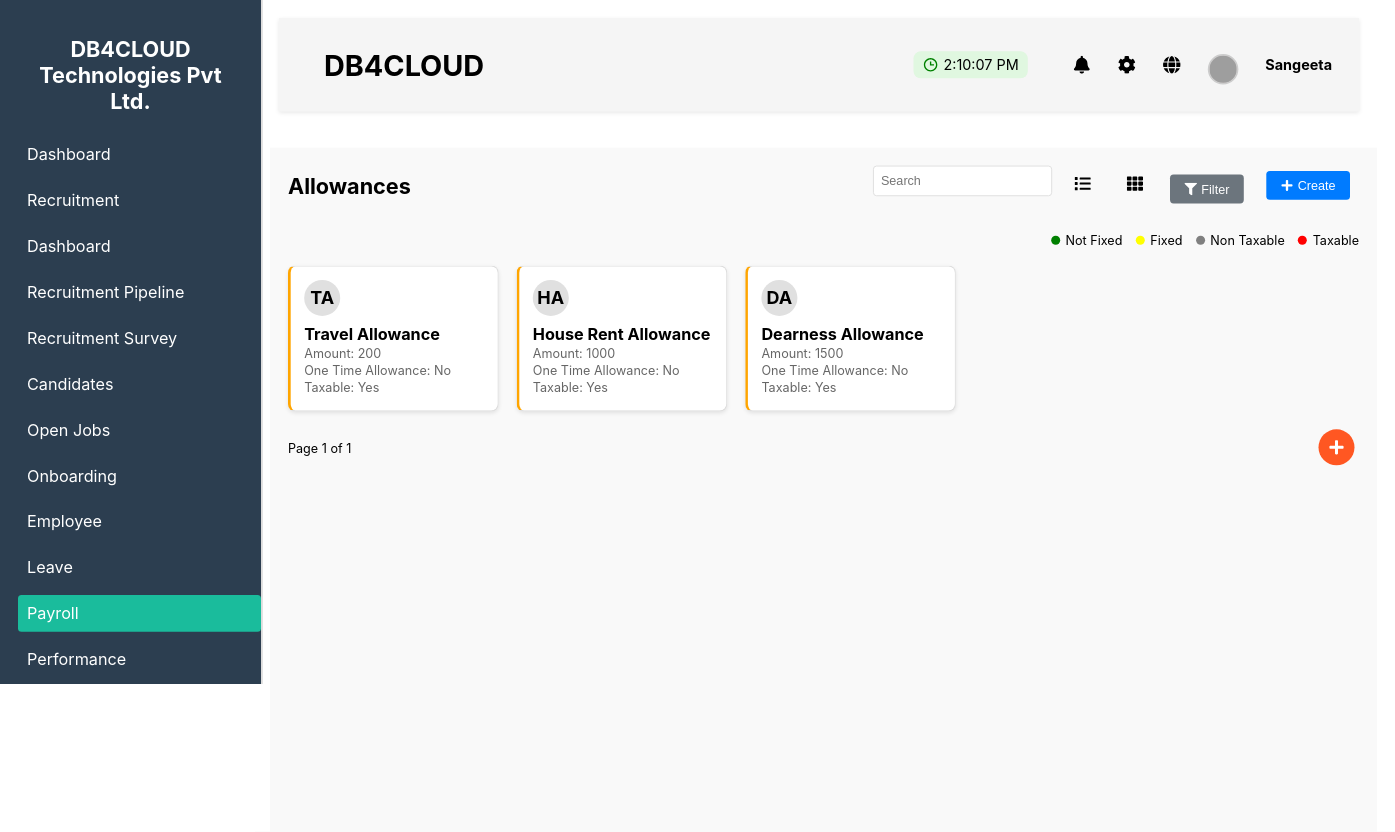
Repository: tinu-ns/Dev-code
Page: /payroll/allowances (app in HRMS-DEMO-Sang/hrms/)
An editor plug-in stored every save of this project. The page is shown before and after the next save, followed by the edit.
The browser window is 1280 px wide. The page is 1550 px wide, so the pictures cover 1550 px, including what lies to the right of the window. The pictures show the whole page, at 90% of full size.
Pictures or frames that could not be fetched are drawn as grey boxes. The project was rebuilt for these pictures with package versions that can differ from the ones it lists, and the page was loaded fresh each time. Also part of the build but not shown: HRMS-DEMO-Sang/hrms/src/components/Dashboard.js, HRMS-DEMO-Sang/hrms/src/components/Recruitment/RecruitmentDashboard.js, HRMS-DEMO-Sang/hrms/src/components/Recruitment/RecruitmentPipeline.js, HRMS-DEMO-Sang/hrms/src/components/Payroll/Contract.js, HRMS-DEMO-Sang/hrms/src/components/Payroll/Deductions.js, HRMS-DEMO-Sang/hrms/src/components/Payroll/Payslips.js, HRMS-DEMO-Sang/hrms/src/components/Payroll/PayrollDashboard.js, HRMS-DEMO-Sang/hrms/src/components/MainContent.css and 14 more.

Above is the page before, as saved 2024-11-14 15:17:36.

### HRMS-DEMO-Sang/hrms/src/App.css
.app{
  display: flex;
  height: 100vh;
  background-color: #f4f4f4;
  width: 100vw;
  padding-left: 250px;
}

.content-container{
  flex-grow: 1;
  padding: 20px;
  background-color: #fff;        /**/
  display: flex;
  flex-direction: column;
  width: calc(100% - 250px); /* Adjust width to account for sidebar */
}

.main-section{
  display: flex;
  justify-content: space-between;
  padding: 20px;
  width: 100%;
  height: 100%;
  flex-grow: 1;

}


.sidebar {
  width: 250px;
  background-color: #2c3e50;
  position: fixed;
  height: 100vh;
  flex-shrink: 0;
  position: fixed;
  left: 0;
  top: 0;
}

### HRMS-DEMO-Sang/hrms/src/components/Sidebar.css
 .container{
    display: flex;
    height: 100vh;
    margin-right: 10px;
}

/*
.content{
    flex-grow: 1;
    padding: 20px;
    padding-left: 50px;

}  */

.sidebar {
    width: 200px;
    height: 100vh;
    background-color: #503f2c;
    padding: 20px;
    color: white;
    height: 100vh;
    position: fixed;
    top: 0;
    left: 0;
    border-right: 2px solid #ddd;
    overflow-y: auto;        /* Allows vertical scrolling */
    margin-right: 200px;
    z-index: 1000;

  }



  .sidebar h2{
    text-align: center;
    margin-bottom: 30px;
    font-size: 24px;
  }

  .sidebar-list{
    list-style-type: none;
    padding: 0;
  }


  .sidebar-list li{
    margin-bottom: 15px;
  }

  .sidebar-list li a {
    color: white;
    text-decoration: none;
    font-size: 18px;
    padding: 10px;
    border-radius: 4px;
    display: block;
  }

  .sidebar-list li a:hover{
    color: #1abc9c;
  }

  .sidebar-list li a.active{
    background-color: #1abc9c;
    color: white;
  }

  .sidebar {
    width: 250px;
    background-color: #2E3A46;
    color: #FFF;
    padding: 20px;
    height: 100vh;
  }

  .sidebar h2 {
    font-size: 1.5em;
    margin-bottom: 1em;
  }

  .sidebar ul {
    list-style: none;
    padding: 0;
  }

  .sidebar li {
    margin: 10px 0;
  }

  .sidebar li ul {
    margin-top: 5px;
  }

  .sidebar a {
    color: #FFF;
    text-decoration: none;
  }

  .sidebar a:hover {
    text-decoration: underline;
  }

  .sidebar a.active {
    color: #20c997;
  }

  .sidebar ul li a:hover, .menu-toggle:hover {
    background-color: #34495e;
  }

  .menu-toggle {
    background: none;
    border: none;
    color: #ecf0f1;
    font-size: 1rem;
    text-align: left;
    cursor: pointer;
    width: 100%;
    padding: 10px;
  }

  .submenu {
    list-style-type: none;
    padding-left: 20px;
  }

  .submenu li a {
    padding-left: 20px;
    font-size: 0.9rem;
  }

### HRMS-DEMO-Sang/hrms/src/components/Recruitment/RecruitmentPipeline.css
.pipeline-container {
    padding: 20px;
    background-color: #f5f5f5;
    border-radius: 8px;
  }

  .pipeline-section {
    margin-top: 20px;
  }

  .pipeline-section h3 {
    background-color: #f8f9fa;
    padding: 10px;
    border-left: 5px solid #ffa500;
  }

  .recruitment-table {
    width: 100%;
    border-collapse: collapse;
  }

  .recruitment-table th,
  .recruitment-table td {
    padding: 10px;
    border-bottom: 1px solid #ddd;
    text-align: left;
  }

  .recruitment-table th {
    background-color: #f1f1f1;
  }

  button {
    padding: 5px 10px;
    margin: 0 5px;
    border: none;
    border-radius: 4px;
    cursor: pointer;
  }

  button:hover {
    background-color: #ddd;
  }

### HRMS-DEMO-Sang/hrms/src/components/Payroll/Payslips.css
.payslip-dashboard {
    padding: 20px;
}

.header {
    display: flex;
    justify-content: space-between;
    align-items: center;
    margin-bottom: 10px;
}

.actions {
    display: flex;
    gap: 10px;
}

.search-bar {
    padding: 5px 10px;
    border: 1px solid #ccc;
    border-radius: 5px;
}

.filter-btn, .group-by-btn, .actions-btn, .create-btn {
    padding: 5px 10px;
    border: none;
    border-radius: 5px;
    background-color: #f5f5f5;
    cursor: pointer;
}

.create-btn {
    background-color: #f44336;
    color: white;
    display: flex;
    align-items: center;
    gap: 5px;
}

.payslip-table {
    width: 100%;
    border-collapse: collapse;
    margin-top: 10px;
}

.payslip-table th, .payslip-table td {
    padding: 10px;
    border: 1px solid #ddd;
    text-align: left;
}

.payslip-table th {
    background-color: #f5f5f5;
}

.payslip-table td {
    background-color: #fff;
}

.action-btn {
    background: none;
    border: none;
    cursor: pointer;
    color: #555;
}

.pagination {
    margin-top: 10px;
    text-align: center;
}


.filter-modal {
    position: fixed;
    top: 10%;
    right: 10%;
    width: 40%;
    max-width: 700px;
    height: 100%;
    max-height: 80vh;
    background-color: #fff;
    box-shadow: -2px 0 5px rgba(0, 0, 0, 0.2);
    z-index: 1000;
    padding: 20px;
    overflow-y: auto;
}

.filter-modal-content {
    display: flex;
    flex-direction: column;
    gap: 10px;
}

.filter-section, .filter-section-advanced {
    margin-bottom: 20px;
}

.filter-section h3, .filter-section-advanced h4 {
    margin-top: 0;
    margin-bottom: 10px;
}

label {
    display: block;
    font-size: 0.9em;
    margin-bottom: 5px;
    font-weight: 600;
}

input[type="text"], input[type="number"], select, .react-datepicker-wrapper {
    width: 100%;
    padding: 5px;
    margin-bottom: 10px;
    border: 1px solid #ccc;
    border-radius: 5px;
}

.apply-btn {
    background-color: #f44336;
    color: #fff;
    border: none;
    padding: 10px;
    text-align: center;
    cursor: pointer;
    border-radius: 5px;
    margin-top: 10px;
}


.selected-actions-row {
    display: flex;
    gap: 10px;
    padding: 10px;
    background-color: #f9f9f9;
    border: 1px solid #ddd;
    margin-bottom: 10px;
    align-items: center;
}

.unselect-all,
.export-btn,
.delete-btn {
    display: inline-flex;
    align-items: center;
    gap: 5px;
    padding: 5px 10px;
    background-color: #007bff;
    color: white;
    border: none;
    border-radius: 3px;
    font-size: 0.9em;
    cursor: pointer;
}

.unselect-all { background-color: #6c757d; } /* Gray */
.export-btn { background-color: #28a745; } /* Green */
.delete-btn { background-color: #dc3545; } /* Red */

.unselect-all:hover,
.export-btn:hover,
.delete-btn:hover {
    opacity: 0.8;
}


.create-popup {
    position: fixed;
    top: 50%;
    left: 50%;
    transform: translate(-50%, -50%);
    background-color: #fff;
    padding: 20px;
    box-shadow: 0 4px 8px rgba(0, 0, 0, 0.2);
    z-index: 1000;
    width: 300px;
}

.create-popup-content h3 {
    margin-bottom: 15px;
    margin-top: 10px;

}

.create-popup .form-row {
    margin-bottom: 10px;
}

.create-popup .form-row label {
    display: block;
    font-weight: bold;
    margin-bottom: 5px;
    margin-top: 10px;
}

.create-popup .form-row input,
.create-popup .form-row .react-datepicker-wrapper {
    width: 100%;
}

.create-popup .save-btn,
.create-popup .cancel-btn {
    margin-top: 15px;
    padding: 8px 12px;
    cursor: pointer;
    width: 100%;
}

### HRMS-DEMO-Sang/hrms/src/components/Header.css
.bg-container{
  padding-left: 30px;

}

.header {
    background-color: #f5f5f5;
    padding: 10px 20px;
    display: flex;
    justify-content: space-between;
    align-items: center;
    box-shadow: 0px 2px 5px rgba(0, 0, 0, 0.1);
  }

  .header-left {
    display: flex;
    align-items: center;
  }

  .menu-button {
    font-size: 24px;
    background: none;
    border: none;
    cursor: pointer;
  }

  .h1{
    margin-left: 15px;
    font-size: 24px;
    color: red! important ;
  }

  .header-right{
    display: flex;
    align-items: center;
  }

  .icon{
    margin-left: 20px;
    font-size: 20px;
    cursor: pointer;
  }

  .time-box {
    display: flex;
    align-items: center;
    background-color: #e0f7e0;
    padding: 5px 10px;
    border-radius: 8px;
    margin-right: 20px;
  }

  .time-icon {
    margin-right: 5px;
    font-size: 18px;
    color: green;
  }

  .user-profile{
    display: flex;
    align-items: center;
    cursor: pointer;
    position: relative;
  }

  .user-avatar{
    padding: 20px;
  }

  .avatar{
    width: 40px;
    height: 40px;
    background-color: #d4d4d4;
    border-radius: 50%;
    display: flex;
    justify-content: center;
    align-items: center;
    font-size: 18px;
    color: white;
    margin-right: 10px;

  }

  .user-name{
    font-weight: bold;
  }

  .dropdown{
    position: absolute;
    top: 50px;
    right: 0;
    background-color: #fff;
    box-shadow: 0px 2px 8px rgba(0, 0, 0, 0.1);
    border-radius: 5px;
    z-index: 100;
  }

  .dropdown ul {
    list-style-type: none;
    padding: 10px;
    margin: 0;
  }

  .dropdown ul li {
    padding: 10px 15px;
    cursor: pointer;
  }

  .dropdown ul li:hover {
    background-color: #f5f5f5;
  }

  .user-info {
    display: flex;
    align-items: center;
  }

  .user-name {
    margin-right: 10px;
  }

### HRMS-DEMO-Sang/hrms/src/components/Payroll/FederalTax.css
.filing-status {
    padding: 20px;
    background-color: #f9f9f9;
    width: 70vw;
    position: relative;  /**/
}

.header {
    display: flex;
    align-items: center;
    justify-content: space-between;
}

.header h2 {
    font-size: 1.5em;
    color: #333;
}

.actions {
    display: flex;
    align-items: center;
    gap: 10px;
}

.search-input {
    padding: 8px;
    border: 1px solid #ccc;
    border-radius: 4px;
}

.create-button {
    display: flex;
    align-items: center;
    padding: 8px 12px;
    color: #fff;
    background-color: #ff5722;
    border: none;
    border-radius: 4px;
    cursor: pointer;
    font-size: 14px;
}

.create-button svg {
    margin-right: 5px;
}

.toggle-button {
    background: none;
    border: none;
    cursor: pointer;
    font-size: 18px;
    text-align: center;
}

.filing-table {
    width: 100%;
    border-collapse: collapse;
    margin-top: 20px;
}

.filing-table th,
.filing-table td {
    padding: 12px;
    text-align: left;
    border-bottom: 1px solid #ddd;
}

.action-buttons {
    display: flex;
    gap: 10px;
}

.edit-button,
.delete-button {
    background: none;
    border: none;
    cursor: pointer;
    font-size: 16px;
    color: #333;
}

.edit-button:hover {
    color: #4caf50;
}

.delete-button:hover {
    color: #f44336;
}

@media (max-width: 768px) {
    .header {
        flex-direction: column;
        align-items: flex-start;
        gap: 10px;
    }

    .search-input,
    .create-button {
        width: 100%;
    }
}

.modal-overlay {
    position: fixed;
    top: 0;
    left: 0;
    width: 100%;
    height: 100%;
    background: rgba(0, 0, 0, 0.5);
    display: flex;
    justify-content: center;
    align-items: center;
    z-index: 1000; /* Ensures modal is above other elements */

}

.modal-content {
    background-color: #fff;
    padding: 20px;
    width: 400px;
    max-width: 90%; /* Responsive */
    border-radius: 8px;
    box-shadow: 0 4px 8px rgba(0, 0, 0, 0.1);
    z-index: 1001; /* Higher than overlay to ensure content visibility */
    position: relative;
}

.modal-content h3 {
    margin-bottom: 15px;
}

.modal-content label {
    display: block;
    margin-bottom: 10px;
}

.modal-content input[type="text"] {
    width: 100%;
    padding: 8px;
    margin-top: 5px;
    border: 1px solid #ccc;
    border-radius: 4px;
}

.save-button {
    background-color: #388a06;
    color: white;
    padding: 8px 16px;
    border: none;
    border-radius: 4px;
    cursor: pointer;
    margin-top: 10px;
}

.close-button {
    background-color: #918b8b;
    color: white;
    padding: 8px 16px;
    border: none;
    border-radius: 4px;
    cursor: pointer;
    margin-top: 10px;
    margin-left: 10px;
}

### HRMS-DEMO-Sang/hrms/src/components/Performance/Feedback.css
.feedback {
    width: 100%;
    max-width: 1200px;
    font-family: Arial, sans-serif;
    margin: auto;
  }

  .feedback-header {
    display: flex;
    justify-content: space-between;
    align-items: center;
    margin-bottom: 10px;
  }

  .feedback-header h2 {
    font-size: 24px;
    font-weight: 600;
  }

  .toolbar {
    display: flex;
    gap: 10px;
  }

  .toolbar input[type="text"] {
    padding: 8px;
    width: 200px;
    border: 1px solid #ccc;
    border-radius: 4px;
  }

  .toolbar button {
    padding: 8px 12px;
    border: none;
    background-color: #007bff;
    color: white;
    border-radius: 4px;
    cursor: pointer;
  }

  .create-btn {
    background-color: #28a745;
  }

  .tabs {
    display: flex;
    gap: 20px;
    margin-bottom: 15px;
  }

  .tabs button {
    padding: 10px 20px;
    border: none;
    background: none;
    font-size: 16px;
    cursor: pointer;
  }

  .tabs button.active {
    font-weight: bold;
    color: #007bff;
    border-bottom: 2px solid #007bff;
  }

  table {
    width: 100%;
    border-collapse: collapse;
    margin-top: 10px;
  }

  th, td {
    padding: 12px;
    border-bottom: 1px solid #ddd;
    text-align: left;
  }

  th {
    background-color: #f8f9fa;
  }

  td button {
    margin-right: 5px;
    border: none;
    background: none;
    cursor: pointer;
  }

  .pagination {
    text-align: right;
    font-size: 14px;
    color: #777;
    margin-top: 10px;
  }

  @media (max-width: 768px) {
    .feedback-header, .tabs {
      flex-direction: column;
      align-items: flex-start;
    }
    .toolbar {
      flex-direction: column;
      width: 100%;
      gap: 5px;
    }
  }


  /* Style for filter the popup overlay */
.filter-popup {
    position: fixed;
    top: 50%;
    left: 50%;
    transform: translate(-50%, -50%);
    width: 400px;
    background-color: #ffffff;
    padding: 20px;
    border-radius: 8px;
    box-shadow: 0 4px 8px rgba(0, 0, 0, 0.2);
    z-index: 1000;
  }


  /* Heading style */
  .filter-popup h3 {
    font-size: 1.2rem;
    margin-bottom: 20px;
    color: #333;
  }

  /* Form field style */
  .filter-popup label {
    font-size: 0.9rem;
    color: #555;
    margin-bottom: 4px;
  }

  .filter-popup input[type="text"],
  .filter-popup input[type="date"] {
    width: 100%;
    padding: 8px;
    margin-bottom: 15px;
    border: 1px solid #ddd;
    border-radius: 4px;
    font-size: 0.9rem;
    color: #333;
  }

  /* Checkbox style */
  .filter-popup input[type="checkbox"] {
    margin-right: 8px;
  }

  .filter-popup .row {
    display: flex;
    justify-content: space-between;
    margin-bottom: 15px;
  }

  .filter-popup .row label {
    flex: 1;
    margin-right: 10px;
  }

  .filter-popup .row input[type="text"],
  .filter-popup .row input[type="date"] {
    flex: 1;
  }

  .group {
    display: flex;
    justify-content: space-between;
    gap: 15px;
    margin-bottom: 15px;
    width: 100%;
  }

  .group label{
    flex: 1;
    margin-right: 10px;
  }

  .group label input[type="text"],
.group label input[type="date"] {
  width: 100%; /* Ensures inputs take full label width */
  padding: 8px 8px 8px 15px;
  border: 1px solid #ddd;
  border-radius: 4px;
  font-size: 0.9rem;
}

  /* Save button */
  .filter-popup button {
    display: block;
    width: 100%;
    padding: 10px;
    background-color: #007bff;
    color: #ffffff;
    border: none;
    border-radius: 4px;
    font-size: 1rem;
    cursor: pointer;
  }

  .filter-popup button:hover {
    background-color: #0056b3;
  }

  /* Overlay background */
  .filter-popup-overlay {
    position: fixed;
    top: 0;
    left: 0;
    width: 100vw;
    height: 100vh;
    background-color: rgba(0, 0, 0, 0.5);
    z-index: 999;
  }

### HRMS-DEMO-Sang/hrms/src/components/Performance/CreateFeedback.css
.feedback-header {
    display: flex;
    justify-content: space-between;
    align-items: center;

  }

  .create-btn {
    background-color: #28a745;
    color: white;
    padding: 8px 12px;
    border: none;
    border-radius: 4px;

  }

  table {
    width: 100%;
    border-collapse: collapse;
  }

  th, td {
    padding: 12px;
    border: 1px solid #ddd;
  }

  .create-filter-popup {
    width: 500px;
    padding: 20px;
    border-radius: 8px;
    box-shadow: 0 4px 8px rgba(0, 0, 0, 0.2);
    border: 1px solid red;
    position: relative;
    top: 10%;
    left: 10%;
  }

  .group {
    display: flex;
    gap: 10px;
  }

  .save-btn {
    background-color: #007bff;
    color: white;
    padding: 10px;
    border: none;
    border-radius: 4px;
    width: 100%;
  }

### HRMS-DEMO-Sang/hrms/src/components/Offboarding/HomePage.css
.home-page {
  padding: 20px;
}

.top-bar {
  display: flex;
  gap: 10px;
  margin-bottom: 20px;
}

.search-input {
  padding: 8px;
  width: 200px;
}

.filter-btn {
  padding: 8px 16px;
  font-size: 16px;
  border: none;
  background-color: hwb(96 7% 50% / 0.879);
  color: #fff;
  border-radius: 4px;
  cursor: pointer;
  margin-right: 10px;
}

.create-btn {
  padding: 8px 16px;
  font-size: 16px;
  border: none;
  background-color: hwb(96 7% 50% / 0.879);
  color: #fff;
  border-radius: 4px;
  cursor: pointer;
  margin-right: 10px;
}

.filter-btn:hover, .create-btn:hover {
  background-color: rgb(61, 96, 37);
}

.create-popup, .filter-popup {
  position: fixed;
  top: 20%;
  left: 50%;
  transform: translate(-50%, -20%);
  background-color: #fff;
  padding: 20px;
  border: 1px solid #ddd;
  box-shadow: 0px 0px 10px rgba(0, 0, 0, 0.1);
}

.form-row {
  margin-bottom: 15px;
}

.required {
  color: red;
}

.offboarding-list {
  margin-top: 20px;
}

.stage-item {
  border: 1px solid #ddd;
  margin-bottom: 10px;
}

.stage-header {
  display: flex;
  justify-content: space-between;
  padding: 10px;
  cursor: pointer;
  background-color: #f9f9f9;
}

.stage-content {
  padding: 10px;
}

table {
  width: 100%;
  border-collapse: collapse;
}

table th, table td {
  padding: 10px;
  border: 1px solid #ddd;
  text-align: left;
}

table th {
  background-color: #f0f0f0;
}

.highlight {
  background-color: yellow;
  font-weight: bold;
}

.filter-popup .apply-btn {
  background-color: #007bff;
  color: #fff;
}

.filter-popup .apply-btn:hover {
  background-color: #0056b3;
}

.filter-popup .cancel-btn {
  background-color: #6c757d;
  color: #fff;
}

.filter-popup .cancel-btn:hover {
  background-color: #5a6268;
}

.create-popup-button{
  padding: 8px 16px;
  font-size: 16px;
  border: none;
  background-color: hwb(96 38% 34% / 0.879);
  color: #fff;
  border-radius: 4px;
  cursor: pointer;
  margin-right: 10px;
}

### HRMS-DEMO-Sang/hrms/src/components/Offboarding/ResignationPage.css
.resignation-letters {
  padding: 20px;
  background-color: #f9f9f9;
  width: 100%;
  height: 100vh;

}

/* Header Styling */
.header {
  display: flex;
  justify-content: space-between;
  align-items: center;
  margin-bottom: 20px;
}

.left-icons, .right-icons {
  display: flex;
  gap: 10px;
}

.right-icons .time {
  font-size: 14px;
  color: #333;
  margin-right: 10px;
}

.filter-btn, .create-btn {
  padding: 8px 16px;
  font-size: 14px;
  border: none;
  border-radius: 4px;
  cursor: pointer;
}

.filter-btn {
  background-color: #6c757d;
  color: #fff;
}

.create-btn {
  background-color: #007bff;
  color: #fff;
}

.create-btn:hover, .filter-btn:hover {
  opacity: 0.9;
}

/* Controls */
.controls {
  display: flex;
  align-items: center;
  gap: 10px;

}

.search-input {
  padding: 8px 12px;
  font-size: 16px;
  border: 1px solid #ccc;
  border-radius: 4px;
}

/* Card Grid & List */
.card-grid {
  display: grid;
  grid-template-columns: repeat(auto-fill, minmax(200px, 1fr));
  gap: 15px;
}

.card-list {
  display: flex;
  flex-direction: column;
  gap: 15px;
}

.resignation-card {
  background-color: #fff;
  border: 1px solid #ddd;
  border-radius: 8px;
  padding: 15px;
  box-shadow: 0px 4px 8px rgba(0, 0, 0, 0.1);
}

.card-header {
  display: flex;
  justify-content: space-between;
  align-items: center;
}

.status {
  background-color: #28a745;
  color: #fff;
  padding: 4px 8px;
  border-radius: 4px;
  font-size: 12px;
}

.card-icons button {
  background: none;
  border: none;
  cursor: pointer;
  color: #888;
  font-size: 14px;
}

.card-icons button:hover {
  color: #000;
}

.card-content {
  margin-top: 10px;
}

.card-content h2 {
  font-size: 18px;
  color: #333;
  margin-bottom: 5px;
}

.card-content p {
  color: #666;
  font-size: 14px;
  margin: 2px 0;
}

.card-footer {
  display: flex;
  justify-content: space-between;
  margin-top: 10px;
}

.approve-btn {
  background-color: #28a745;
  color: #fff;
  border: none;
  padding: 6px 12px;
  border-radius: 4px;
  cursor: pointer;
}

.reject-btn {
  background-color: #dc3545;
  color: #fff;
  border: none;
  padding: 6px 12px;
  border-radius: 4px;
  cursor: pointer;
}

Loaded but not shown: HRMS-DEMO-Sang/hrms/public/index.html (common file); HRMS-DEMO-Sang/hrms/src/index.js (common file); HRMS-DEMO-Sang/hrms/src/index.css (common file); HRMS-DEMO-Sang/hrms/src/reportWebVitals.js (common file); HRMS-DEMO-Sang/hrms/src/components/Payroll/Allowances.js (327 lines, source omitted); HRMS-DEMO-Sang/hrms/src/App.js (120 lines, source omitted); HRMS-DEMO-Sang/hrms/src/components/Sidebar.js (129 lines, source omitted); HRMS-DEMO-Sang/hrms/src/components/Header.js (91 lines, source omitted); HRMS-DEMO-Sang/hrms/src/components/Payroll/Deductions.css (360 lines, source omitted); HRMS-DEMO-Sang/hrms/src/components/Payroll/PayrollDashboard.css (359 lines, source omitted); HRMS-DEMO-Sang/hrms/src/components/Payroll/Allowances.css (356 lines, source omitted); HRMS-DEMO-Sang/hrms/src/components/Payroll/Contract.css (340 lines, source omitted); HRMS-DEMO-Sang/hrms/src/components/Payroll/CreateAllowance.css (329 lines, source omitted); HRMS-DEMO-Sang/hrms/src/components/Payroll/CreateDeduction.css (328 lines, source omitted)

After the next save:
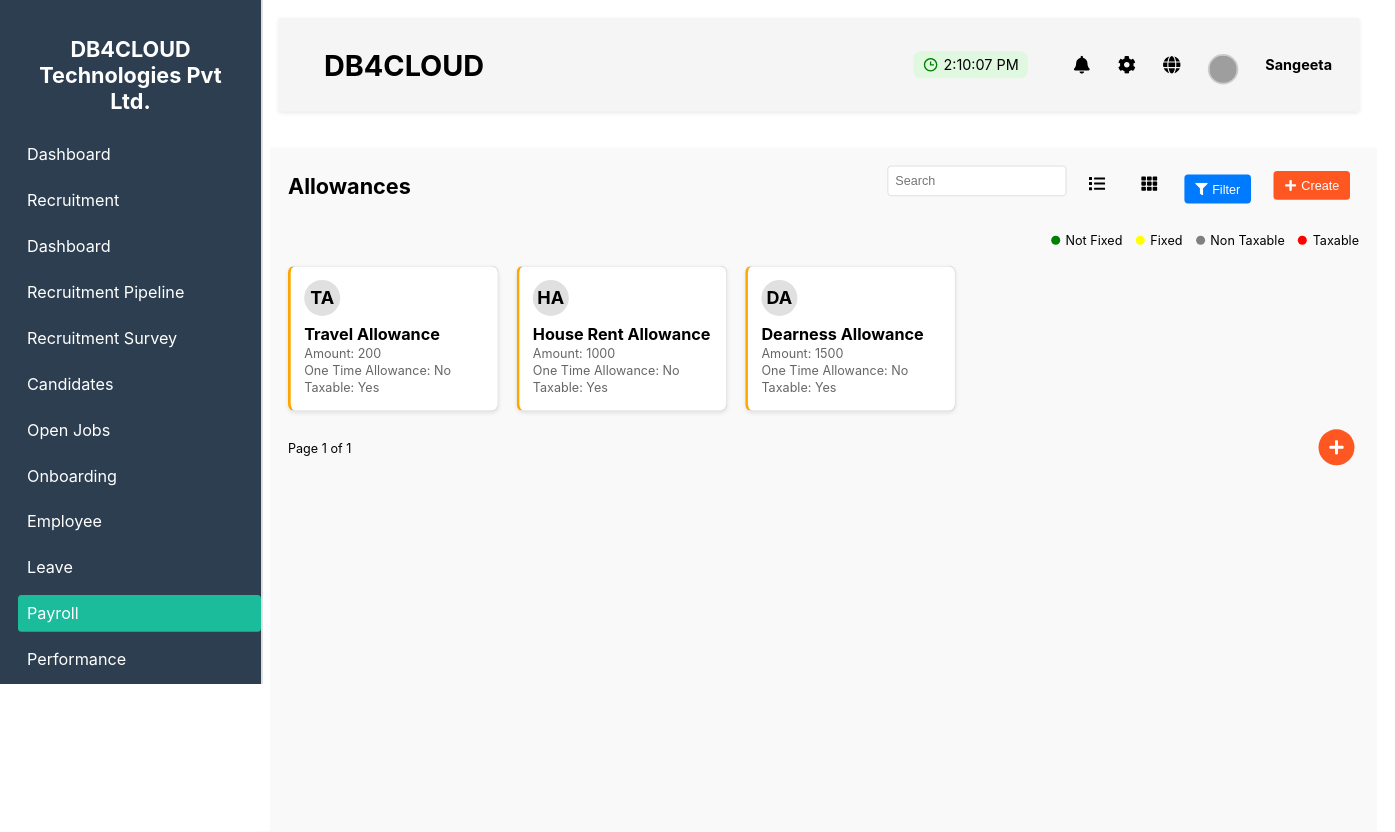
Saved 50 s later.
--- a/HRMS-DEMO-Sang/hrms/src/components/Offboarding/ResignationPage.css
+++ b/HRMS-DEMO-Sang/hrms/src/components/Offboarding/ResignationPage.css
@@ -34,13 +34,25 @@
 }
 
 .filter-btn {
-  background-color: #6c757d;
-  color: #fff;
+  background-color: #007bff;
+    color: white;
+    padding: 8px 12px;
+    border: none;
+    border-radius: 4px;
+    cursor: pointer;
+    display: flex;
+    align-items: center;
+    gap: 5px;
 }
 
 .create-btn {
-  background-color: #007bff;
-  color: #fff;
+  display: flex;
+  align-items: center;
+  padding: 8px 12px;
+  background-color: #ff5722;
+  color: white;
+  border-radius: 4px;
+  cursor: pointer;;
 }
 
 .create-btn:hover, .filter-btn:hover {
